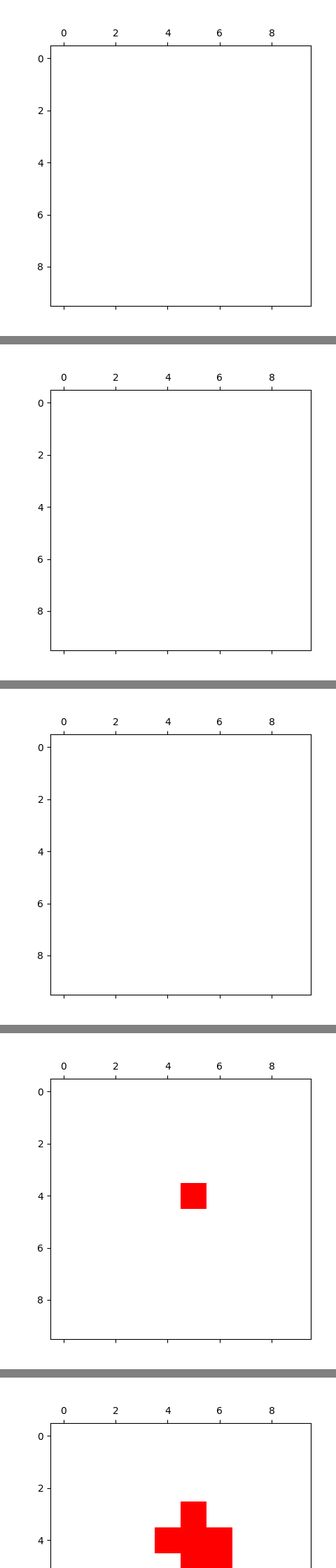
Repository: eduardodut/Trabalho_final_estatistica_cd
Script's output: python src/Simulador.py
An editor plug-in stored every save of this project. The script's output is shown before and after the next save, followed by the edit.
The pictures show rows 0 to 2240 of an output 3924 px tall, at 70% of full size.
Each picture stacks the figures in order, with grey between them; figures that are only written to a file come last. The script is stopped after its 8th figure. Random numbers start from a fixed seed.

Above is the script's output before, as saved 2020-07-10 18:54:49.

### src/Simulador.py
import pandas as pd
import numpy as np
from Matriz_esferica import Matriz_esferica
from Individuo import Individuo, Fabrica_individuo
import random
from itertools import permutations
import matplotlib.pyplot as plt
from matplotlib.colors import ListedColormap
from scipy.sparse import csr_matrix, lil_matrix




class Simulador():

    def __init__(
        self,
        tamanho_matriz,                 #numero de linhas e colunas da matriz esférica
        percentual_inicial_tipo1,       #percentual inicial da população que será infectada tipo 1
        percentual_inicial_tipo2,       #percentual inicial da população que será infectada tipo 2
        chance_infeccao,                #chance que um infectado tipo 2 tem de infectar um indivíduo saudável
        chance_infeccao_tipo2,          #chance de um indivíduo infectado se tornar contagioso
        chance_morte,                   #chance de um indivíduo tipo 2 morrer ao fim de uma atualização
        atualizacoes_cura):             #número de atualizações necessárias para a cura de um indivíduo tipo 1 ou 2

        self.num_atualizacoes = 0
        self.lista_infectados_tipo_2 = []
        self.lista_infectados_tipo_1 = []
        self.num_curados = 0
        self.num_mortos = 0

        self.chance_infeccao = chance_infeccao
        self.chance_infeccao_tipo2 = chance_infeccao_tipo2
        self.chance_morte = chance_morte

        self.populacao_inicial = int(tamanho_matriz**2)
        self.num_inicial_tipo2 = int(self.populacao_inicial * percentual_inicial_tipo2)
        self.num_inicial_tipo1 = int(self.populacao_inicial * percentual_inicial_tipo1)
        self.num_inicial_sadios = self.populacao_inicial - (self.num_inicial_tipo2 + self.num_inicial_tipo1)
        self.fabrica_individuo = Fabrica_individuo(atualizacoes_cura)



        self.df_individuos = pd.DataFrame(index= range(tamanho_matriz), columns=range(tamanho_matriz))


        self.popular(tamanho_matriz)

        self.lista_matrizes_posicionamento = []





        #objeto que é responsável por validar a movimentação no grid n x n
        self.matriz_esferica = Matriz_esferica(tamanho_matriz)


        self.matriz_status = lil_matrix((tamanho_matriz, tamanho_matriz),dtype= np.uint8)


        dict = {
                'num_sadios':self.num_inicial_sadios,
                'num_infect_t1':self.num_inicial_tipo1,
                'num_infect_t2':self.num_inicial_tipo2,
                'num_curados':0,
                'num_mortos':0}


        #dataframe que guardará os resultados de cada atualização
        self.dataframe = pd.DataFrame(index = [0])
        self.salvar_posicionamento()



    def salvar_posicionamento(self):
        self.lista_matrizes_posicionamento.append(self.matriz_status)


    def verificar_infeccao(self, lista_infectantes):
        lista_novos_infectados_tipo1 = []
        lista_novos_infectados_tipo2 = []
        #itera sobre sobre a lista de individuos que infectam e cada um realiza a tividade de infectar
        for X,Y in lista_infectantes:

            #busca os vizinhos do infectante atual
            lista_vizinhos = self.matriz_esferica.get_vizinhos(X, Y)
            #Para cada vizinho, se ele for sadio, é gerado um número aleatório para verificar se foi infectado
            for x,y in lista_vizinhos:

                #verificação de SADIO
                if self.matriz_status[x,y] == Individuo.SADIO:
                    #verificação do novo status
                    novo_status = self.infectar(chance_infeccao, chance_infeccao_tipo2)
                    #se for um infectado tipo 1
                    if novo_status == Individuo.INFECTADO_TIPO_1:
                        #adiciona na lista de novos tipo 1
                        lista_novos_infectados_tipo1.append((x,y))
                        #modifica o status na matriz de status
                        self.df_individuos.loc[x,y] = self.fabrica_individuo.criar_individuo(Individuo.INFECTADO_TIPO_1,(x,y))
                        self.matriz_status[x,y] = Individuo.INFECTADO_TIPO_1

                    if novo_status == Individuo.INFECTADO_TIPO_2:
                        #adiciona na lista de novos tipo 2
                        lista_novos_infectados_tipo2.append((x,y))
                        #modifica o status na matriz de status
                        self.df_individuos.loc[x,y] = self.fabrica_individuo.criar_individuo(Individuo.INFECTADO_TIPO_2,(x,y))
                        self.matriz_status[x,y] = Individuo.INFECTADO_TIPO_2

        return lista_novos_infectados_tipo1, lista_novos_infectados_tipo2

    def verificar_morte(self, lista_infectantes_tipo2):
        num_mortos = 0
        num_curados = 0
        for x,y in lista_infectantes_tipo2:
            novo_status = self.df_individuos.loc[x,y].checagem_morte(self.chance_morte)
            if novo_status == Individuo.MORTO:
                num_mortos += 1
                self.matriz_status[x,y] = Individuo.MORTO
                lista_infectantes_tipo2.remove((x,y))
            if novo_status == Individuo.CURADO:
                num_curados += 1
                self.matriz_status[x,y] = Individuo.CURADO
                lista_infectantes_tipo2.remove((x,y))

        return num_mortos, num_curados


    def verificar_cura(self, lista_infectantes):
        num_curados = 0
        for x,y in lista_infectantes:
            novo_status = self.df_individuos.loc[x,y].checagem_cura()
            if novo_status == Individuo.CURADO:
                num_curados += 1
                self.matriz_status[x,y] = Individuo.CURADO
                lista_infectantes.remove((x,y))

        return num_curados




    def iterar(self):

        #Verifica os novos infectados a partir dos atuais infectantes na matriz
        lista_novos_infectados_tipo1, lista_novos_infectados_tipo2 = self.verificar_infeccao(self.lista_infectados_tipo_1 + self.lista_infectados_tipo_2)


        #Verifica morte dos tipo 2
        num_mortos_atualizacao, num_curados_t2_atualizacao = self.verificar_morte(self.lista_infectados_tipo_2)



        # #retirar os mortos da atualização da lista de infectados tipo 2
        # self.lista_infectados_tipo_2 = [i for i in self.lista_infectados_tipo_2 if i.status != Individuo.MORTO]

        #atualiza o novo número de mortos
        self.num_mortos += num_mortos_atualizacao


        #Verificar cura
        num_curados_t1_atualizacao = self.verificar_cura(self.lista_infectados_tipo_1)


        # #retirar os curados das lista de infectados tipo 1 e 2
        # self.lista_infectados_tipo_2 = [i for i in self.lista_infectados_tipo_2 if i.status != Individuo.CURADO]
        # self.lista_infectados_tipo_1 = [i for i in self.lista_infectados_tipo_1 if i.status != Individuo.CURADO]

        #adiciona os novos curados na lista geral de curados
        self.num_curados = self.num_curados + num_curados_t1_atualizacao + num_curados_t2_atualizacao



        # self.  #movimentar infectantes:
        for x,y in self.lista_infectados_tipo_1:
            self.mover_infectante((x,y))

        for x,y in self.lista_infectados_tipo_2:
            self.mover_infectante((x,y))


        #adicionar os novos infectados tipo 1 e 2 para as respectivas listas
        self.lista_infectados_tipo_2 = self.lista_infectados_tipo_2 + lista_novos_infectados_tipo2
        self.lista_infectados_tipo_1 = self.lista_infectados_tipo_1 + lista_novos_infectados_tipo1



        num_tipo_1 = len(self.lista_infectados_tipo_1)

        num_tipo_2 = len(self.lista_infectados_tipo_2)

        dict = {
                'num_sadios':self.populacao_inicial - self.num_mortos - self.num_curados - num_tipo_1 - num_tipo_2 ,
                'num_infect_t1':num_tipo_1,
                'num_infect_t2':num_tipo_2,
                'num_curados':self.num_curados,
                'num_mortos':self.num_mortos}

        self.dataframe = self.dataframe.append(dict, ignore_index=True)

        print("num t1: ", num_tipo_1)
        print("num t2: ", num_tipo_2)
        print("num curados: ", self.num_curados)
        print("num mortos: ", self.num_mortos)
        print("---------")
        #salva a nova matriz de status
        self.salvar_posicionamento()

        #adiciona 1 ao número de atualizações realizadas na matriz
        self.num_atualizacoes +=1

    def infectar(self, chance_infeccao, chance_infeccao_tipo2):
        saida = Individuo.SADIO

        #número aleatório para chance de infectar o vizinho
        rng_infeccao = random.random()
        if rng_infeccao <= chance_infeccao:
            #número aleatório para chance de infecção tipo 1 ou 2
            rng_infeccao_tipo2 = random.random()
            if rng_infeccao_tipo2 <= chance_infeccao_tipo2:
                saida = Individuo.INFECTADO_TIPO_2
            else:
                saida = Individuo.INFECTADO_TIPO_1
        return saida

    def popular(self, tamanho_matriz):

        # for index, row in self.df_individuos.iterrows():
        #     for item in row:
        #         item = self.fabrica_individuo.criar_individuo(Individuo.SADIO,(0,0))
        self.df_individuos.iloc[:,:] = self.fabrica_individuo.criar_individuo(Individuo.SADIO,(0,0))


        #lista de possíveis combinações de índices da matriz de dados
        permutacoes = permutations(list(range(tamanho_matriz)),2)
        #conversão para lista de tuplas(x,y)
        lista_indices = list(permutacoes)
        #embaralhamento dos índices
        random.shuffle(lista_indices)

        #cria o primeiro tipo1:
        indice = lista_indices.pop()
        ind_x = indice[0]
        ind_y = indice[1]
        self.lista_infectados_tipo_1.append((ind_x,ind_y))
        self.df_individuos.loc[ind_x,ind_y] = self.fabrica_individuo.criar_individuo(Individuo.INFECTADO_TIPO_1,(ind_x,ind_y))

        #cria o restante dos tipos 1
        for i in range(1,self.num_inicial_tipo1):
            indice = lista_indices.pop()
            ind_x = indice[0]
            ind_y = indice[1]
            self.lista_infectados_tipo_1.append((ind_x,ind_y))
            self.df_individuos.loc[ind_x,ind_y] = self.fabrica_individuo.criar_individuo(Individuo.INFECTADO_TIPO_1,(ind_x,ind_y))


        #cria o restante dos tipo 2:
        for indice in range(self.num_inicial_tipo2):
            indice = lista_indices.pop()
            ind_x = indice[0]
            ind_y = indice[1]
            self.lista_infectados_tipo_2.append((ind_x,ind_y))
            self.df_individuos.loc[ind_x,ind_y] = self.fabrica_individuo.criar_individuo(Individuo.INFECTADO_TIPO_2,(ind_x,ind_y))


    def trocar_status_localizacao(self,ponto_ini,ponto_final):
        x_ini = ponto_ini[0]
        y_ini = ponto_ini[1]
        x_fin = ponto_final[0]
        y_fin = ponto_final[1]

        aux1 = self.matriz_status[x_fin,y_fin]
        self.matriz_status[x_fin,y_fin] = self.matriz_status[x_ini,y_ini]
        self.matriz_status[x_ini,y_ini] = aux1

        aux2 = self.df_individuos.loc[x_fin,y_fin]
        self.df_individuos.loc[x_fin,y_fin] = self.df_individuos.loc[x_ini,y_ini]
        self.df_individuos.loc[x_ini,y_ini] = aux2



    def mover_infectante(self, posicao_inicial):
        pos_x, pos_y = posicao_inicial[0], posicao_inicial[1]
        rng_posicao = random.random()
        if rng_posicao <=0.25:
            #move pra cima
            pos_x -= 1
        elif rng_posicao <=0.5:
            #move pra baixo
            pos_x += 1
        elif rng_posicao <=0.75:
            #move para esquerda
            pos_y -= 1
        else:
            #move para direita
            pos_y += 1

        novo_x, novo_y = self.matriz_esferica.valida_ponto_matriz(pos_x, pos_y)
        #descobre qual individuo ocupa atualmente a posição para atribuí-lo a posição de quem o está substituindo
        status = self.matriz_status[novo_x, novo_y]
        # if status == Individuo.INFECTADO_TIPO_1:
        #     individuo_ocupante_destino = self.matriz_localizacao[novo_x, novo_y]
        #     print(status)
        #     print(individuo_ocupante_destino)
        #     print(len(self.lista_infectados_tipo_1))

        #     self.lista_infectados_tipo_1[individuo_ocupante_destino].posicao = infectante.posicao
        # elif status == Individuo.INFECTADO_TIPO_2:
        #     individuo_ocupante_destino = self.matriz_localizacao[novo_x, novo_y]
        #     print(status)
        #     print(individuo_ocupante_destino)
        #     print(len(self.lista_infectados_tipo_2))
        #     self.lista_infectados_tipo_2[individuo_ocupante_destino].posicao = infectante.posicao

        # elif status == Individuo.CURADO:
        #     individuo_ocupante_destino = self.matriz_localizacao[novo_x, novo_y]
        #     self.lista_curados[individuo_ocupante_destino].posicao = infectante.posicao
        # elif status == Individuo.MORTO:
        #     individuo_ocupante_destino = self.matriz_localizacao[novo_x, novo_y]
        #     self.lista_matrizes_posicionamento[individuo_ocupante_destino].posicao = infectante.posicao


        self.trocar_status_localizacao(posicao_inicial,(novo_x, novo_y))







chance_infeccao = 0.3
chance_infeccao_tipo2 = 0.1
chance_morte = 0.2
atualizacoes_cura = 10
percentual_inicial_tipo1 = 0.0
percentual_inicial_tipo2 = 0.0


sim = Simulador(
    10,
    percentual_inicial_tipo1,
    percentual_inicial_tipo2,
    chance_infeccao,
    chance_infeccao_tipo2,
    chance_morte,atualizacoes_cura)

#print(sim.lista_matrizes_posicionamento[0])
#print(sim.lista_infectados_tipo_2)
#print(sim.lista_infectados_tipo_1)
cmap = ListedColormap(['w', 'y', 'yellow', 'red'])



plt.matshow(sim.lista_matrizes_posicionamento[0].toarray(), cmap = cmap)
sim.iterar()


plt.matshow(sim.lista_matrizes_posicionamento[1].toarray(),cmap = cmap)
sim.iterar()

plt.matshow(sim.lista_matrizes_posicionamento[2].toarray(), cmap = cmap)
sim.iterar()

plt.matshow(sim.lista_matrizes_posicionamento[3].toarray(), cmap = cmap)
sim.iterar()

plt.matshow(sim.lista_matrizes_posicionamento[4].toarray(), cmap = cmap)
sim.iterar()


plt.matshow(sim.lista_matrizes_posicionamento[5].toarray(), cmap= cmap)
sim.iterar()

plt.matshow(sim.lista_matrizes_posicionamento[6].toarray(), cmap = cmap)
sim.iterar()
plt.matshow(sim.lista_matrizes_posicionamento[7].toarray(), cmap = cmap)
sim.iterar()
plt.matshow(sim.lista_matrizes_posicionamento[8].toarray(), cmap = cmap)
sim.iterar()
plt.matshow(sim.lista_matrizes_posicionamento[9].toarray(), cmap = cmap)
sim.iterar()
plt.show();

### src/Matriz_esferica.py

import random

class Matriz_esferica():

    def __init__(self, tamanho):
        self.tamanho = tamanho

    def get_vizinho_esquerda(self, indice_x: int, indice_y: int):
        return self.checa_limite_matriz(indice_x), self.checa_limite_matriz(indice_y -1)

    def get_vizinho_direita(self, indice_x: int, indice_y: int):
        return self.checa_limite_matriz(indice_x), self.checa_limite_matriz(indice_y + 1)

    def get_vizinho_cima(self, indice_x: int, indice_y: int):
        return self.checa_limite_matriz(indice_x - 1), self.checa_limite_matriz(indice_y)

    def get_vizinho_baixo(self, indice_x: int, indice_y: int):
        return self.checa_limite_matriz(indice_x + 1), self.checa_limite_matriz(indice_y)

    def get_vizinhos(self, indice_x: int, indice_y: int):

        return self.get_vizinho_cima(indice_x,indice_y), self.get_vizinho_baixo(indice_x,indice_y),  self.get_vizinho_esquerda(indice_x,indice_y), self.get_vizinho_direita(indice_x,indice_y)

    def checa_limite_matriz(self, indice):

        if indice < 0:
            return self.tamanho + indice
        elif indice > self.tamanho - 1:
            return indice - self.tamanho
        else:
            return indice

    def valida_ponto_matriz(self, indice_x: int, indice_y: int):

        return self.checa_limite_matriz(indice_x), self.checa_limite_matriz(indice_y)

    #devolve um ponto aleatório vizinho da matriz a partir do ponto especificado em uma das 8 direções
    def passo(self, indice_x: int, indice_y: int, tamanho_max_passo: int):

        passo_x = tamanho_max_passo if random.random() >=0.5 else -tamanho_max_passo
        passo_y = tamanho_max_passo if random.random() >=0.5 else -tamanho_max_passo
        return self.checa_limite_matriz(indice_x + passo_x), self.checa_limite_matriz(indice_y + passo_y)

### src/Individuo.py
import random

class Individuo():

    SADIO = 0
    INFECTADO_TIPO_1 = 1 #assintomáticos e o infectado inicial
    INFECTADO_TIPO_2 = 2 #sintomático
    CURADO = 3
    MORTO = 4

    def __init__(
        self,
        status,
        atualizacoes_cura,
        posicao):

        self.status = status
        self.atualizacoes_cura = atualizacoes_cura
        self.posicao = posicao
    def __repr__(self):
        return  str(self.status)


    def infectar(self, chance_infeccao, chance_infeccao_tipo2):
        saida = Individuo.SADIO
        if (self.status == Individuo.INFECTADO_TIPO_2 or self.status == Individuo.INFECTADO_TIPO_1):
            #número aleatório para chance de infectar o vizinho
            rng_infeccao = random.random()
            if rng_infeccao <= chance_infeccao:
                #número aleatório para chance de infecção tipo 1 ou 2
                rng_infeccao_tipo2 = random.random()
                if rng_infeccao_tipo2 <= chance_infeccao_tipo2:
                    saida = Individuo.INFECTADO_TIPO_2
                else:
                    saida = Individuo.INFECTADO_TIPO_1



        return saida

    def checagem_morte(self, chance_morte):

        if self.status == Individuo.INFECTADO_TIPO_2:
            rng_morte = random.random()
            if rng_morte <= chance_morte:
                self.status = Individuo.MORTO
                return self.status

        return self.checagem_cura()

    def checagem_cura(self):
        if self.status == Individuo.INFECTADO_TIPO_2 or self.status == Individuo.INFECTADO_TIPO_1:
            self.atualizacoes_cura = self.atualizacoes_cura - 1

            if self.atualizacoes_cura == 0:
                self.status = Individuo.CURADO

        return self.status



class Fabrica_individuo():

    def __init__(
        self,
        atualizacoes_cura):             #número de atualizações necessárias para a cura de um indivíduo tipo 1 ou 2

        self.atualizacoes_cura = atualizacoes_cura

    def criar_individuo(self, status_inicial, posicao):

        return Individuo(
            status_inicial,
            self.atualizacoes_cura,
            posicao)

After the next save:
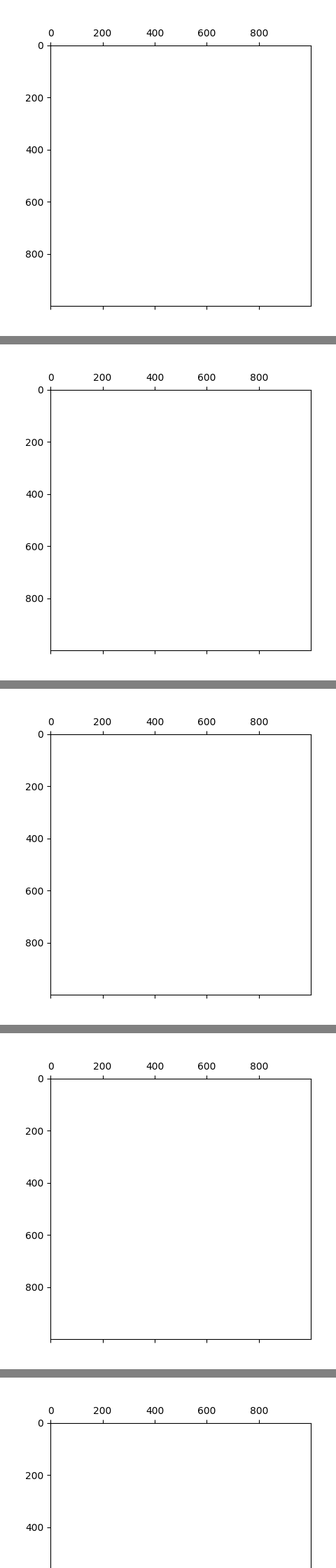
Saved 8 min 18 s later.
--- a/src/Simulador.py
+++ b/src/Simulador.py
@@ -337,7 +337,7 @@ percentual_inicial_tipo2 = 0.0
 
 
 sim = Simulador(
-    10,
+    1000,
     percentual_inicial_tipo1,
     percentual_inicial_tipo2,
     chance_infeccao,
